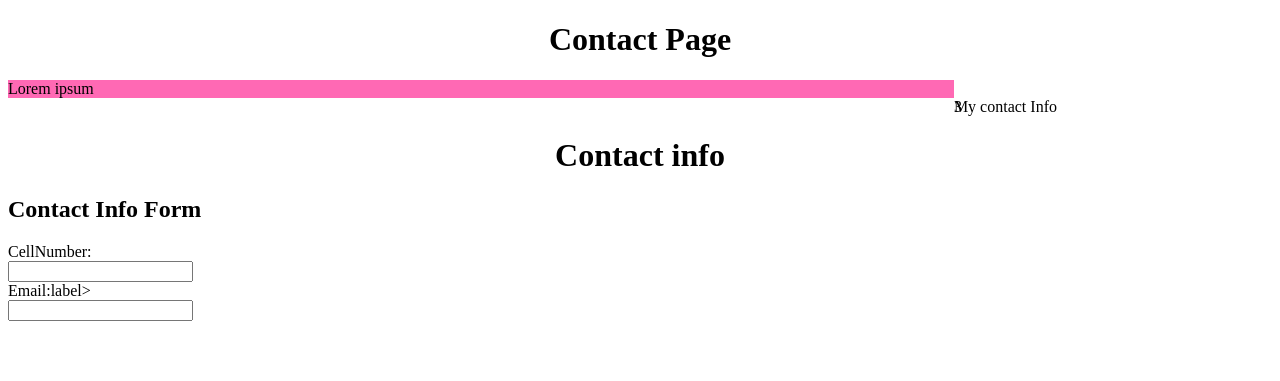
Repository: Melinda-Nanjad-Personal-Website/Personal-web
Page: contact.html
These files come from the project's save history. The page is drawn as it stood at one moment and after the next save; the edit follows.
The browser window is 1280 px wide. The pictures show the whole page.

Above is the page before, as saved 2023-07-28 19:50:40.

### contact.html
<!DOCTYPE html>
<html lang="en">
<head>
    <meta charset="UTF-8">
    <meta name="viewport" content="width=device-width, initial-scale=1.0">
    <link rel="stylesheet" type="text/css" href="cf.css">
    <title>Contact Page</title>
</head>
<body>

    <h1><center/>Contact Page</h1>

    <div class="container">
        <div class="item item-1"> Lorem ipsum</div>
             <div class="item item-2"> My contact Info</div>
                <div class="item item-3"> 3</div>
    </div>

    <h1><center/>Contact info</h1>

    <article>
        <h2>Contact Info Form</h2>
        <form>
            <label for="cellNumber">CellNumber:</label><br/>
        <input type="number" id="cellNumber" name="cellNumber"/><br/>

<label for="email"> Email:</label>label><br/>
<input type="email" id="email" name="email"/><br/>

            </form>
    </article>

</body>
<main class="Contact info"
<article class="My contact Info"</article>
</html>

### cf.css
.border-primary-400{
    border: 2px solid #a775f1;
}

.container {
    display: grid;
   grid gap: 1.5rem;
    grid-template-columns: auto auto auto;
}

.item-1 {
    grid-row- span4;
    grid-column: 1/5;
    background-color: hotpink;
    padding: 5px
    grid-area: main;
}

.item-2 {
    grid-row: span 3;
    grid column:  2/5;
    grid-area:left
}

.item-3 {
    grid-row: span
    grid column 1/5;
    grid-area :right
}

//test for columns
.grid-container {
  display: grid;
  column-gap: 50px;
  grid-template-columns: 1fr 1fr 1fr;
  padding: 50px;
}

.grid-item{
  background-color: rgba(97, 148, 160, 0.8);
  border: 1px solid rgba(0, 0, 0, 0.8);
  padding: 20px;
  font-size: 14px;
  text-align: center;

After the next save:
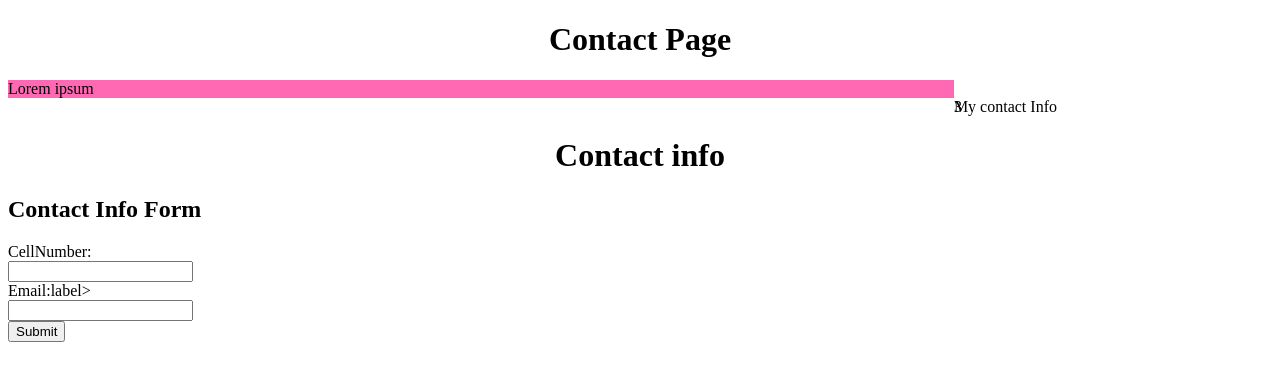
Saved 76 s later.
--- a/contact.html
+++ b/contact.html
@@ -27,6 +27,8 @@
 <label for="email"> Email:</label>label><br/>
 <input type="email" id="email" name="email"/><br/>
 
+<input type="submit" value="Submit"
+
             </form>
     </article>
 
